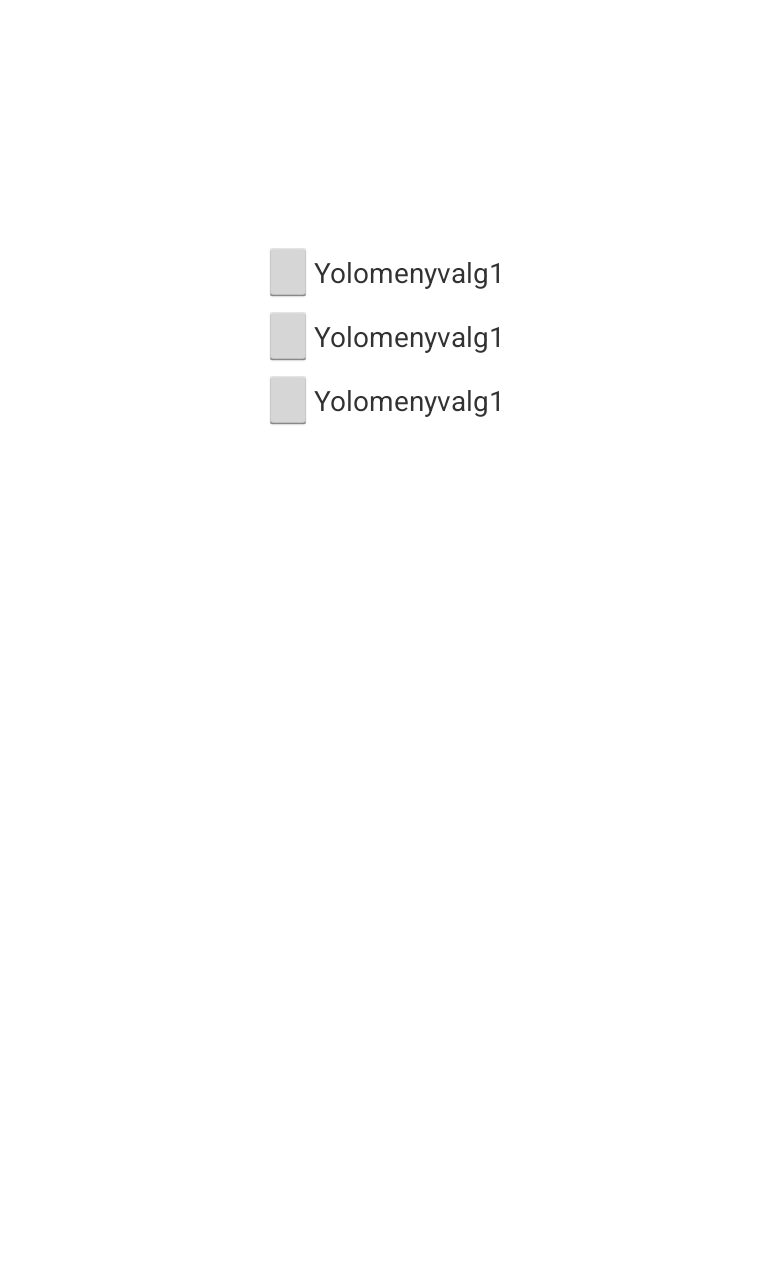
Repository: pumalove/workspace
Layout: MainActivity/res/layout/gridview.xml
An editor plug-in stored every save of this project. The layout is shown before and after the next save, followed by the edit.
It is drawn on a 768 x 1280 px phone screen (xhdpi) without system bars, with theme AppTheme; the app's code is not run. Lists and similar views that code fills are empty.

Above is the layout before, as saved 2014-03-17 10:57:13.

### MainActivity/res/layout/gridview.xml
<?xml version="1.0" encoding="utf-8"?>
<LinearLayout xmlns:android="http://schemas.android.com/apk/res/android"
    android:layout_width="match_parent"
    android:layout_height="wrap_content"
    android:orientation="vertical"
    android:layout_margin="20dp">

    <LinearLayout
        android:layout_marginBottom="20dp"
        android:layout_width="fill_parent"
        android:layout_height="wrap_content">

        <GridView
            android:id="@+id/gridview"
            android:layout_width="fill_parent"
            android:layout_height="100dp"
            android:columnWidth="90dp"
            android:numColumns="auto_fit"
            android:verticalSpacing="10dp"
            android:horizontalSpacing="10dp"
            android:stretchMode="columnWidth"
            android:gravity="center"
            />
	</LinearLayout>


    <LinearLayout
        android:id="@+id/linearlayout2"
        android:layout_width="fill_parent"
        android:layout_height="wrap_content"
        android:layout_gravity="center"
        android:orientation="vertical"
        android:layout_below="@id/gridview">

        <LinearLayout
            android:id="@+id/customButton1"
            android:layout_width="fill_parent"
            android:layout_height="wrap_content"
            android:orientation="horizontal"
            android:gravity="center"
            android:clickable="true">

            <ImageButton
                android:id="@+id/imageButton"
                android:layout_width="wrap_content"
                android:layout_height="wrap_content"
                android:layout_gravity="center"
                />

            <TextView
                android:layout_width="wrap_content"
                android:layout_height="wrap_content"
                android:text="Yolomenyvalg1"/>

            </LinearLayout>


        <LinearLayout
            android:id="@+id/customButton2"
            android:layout_width="fill_parent"
            android:layout_height="wrap_content"
            android:orientation="horizontal"
            android:gravity="center"
            android:clickable="true">

            <ImageButton
                android:layout_width="wrap_content"
                android:layout_height="wrap_content"
                android:id="@+id/imageButton2"
                android:layout_gravity="center"
                />

            <TextView
                android:layout_width="wrap_content"
                android:layout_height="wrap_content"
                android:text="Yolomenyvalg1"/>

        </LinearLayout>

        <LinearLayout
            android:id="@+id/customButton3"
            android:layout_width="fill_parent"
            android:layout_height="wrap_content"
            android:orientation="horizontal"
            android:gravity="center"
            android:clickable="true">

            <ImageButton
                android:layout_width="wrap_content"
                android:layout_height="wrap_content"
                android:id="@+id/imageButton3"
                android:layout_gravity="center"
                />

            <TextView
                android:layout_width="wrap_content"
                android:layout_height="wrap_content"
                android:text="Yolomenyvalg1"/>

        </LinearLayout>
    </LinearLayout>



</LinearLayout>

Loaded but not shown: MainActivity/res/values/styles.xml (common file); MainActivity/res/values-v11/styles.xml (common file); MainActivity/res/values-v14/styles.xml (common file)

After the next save:
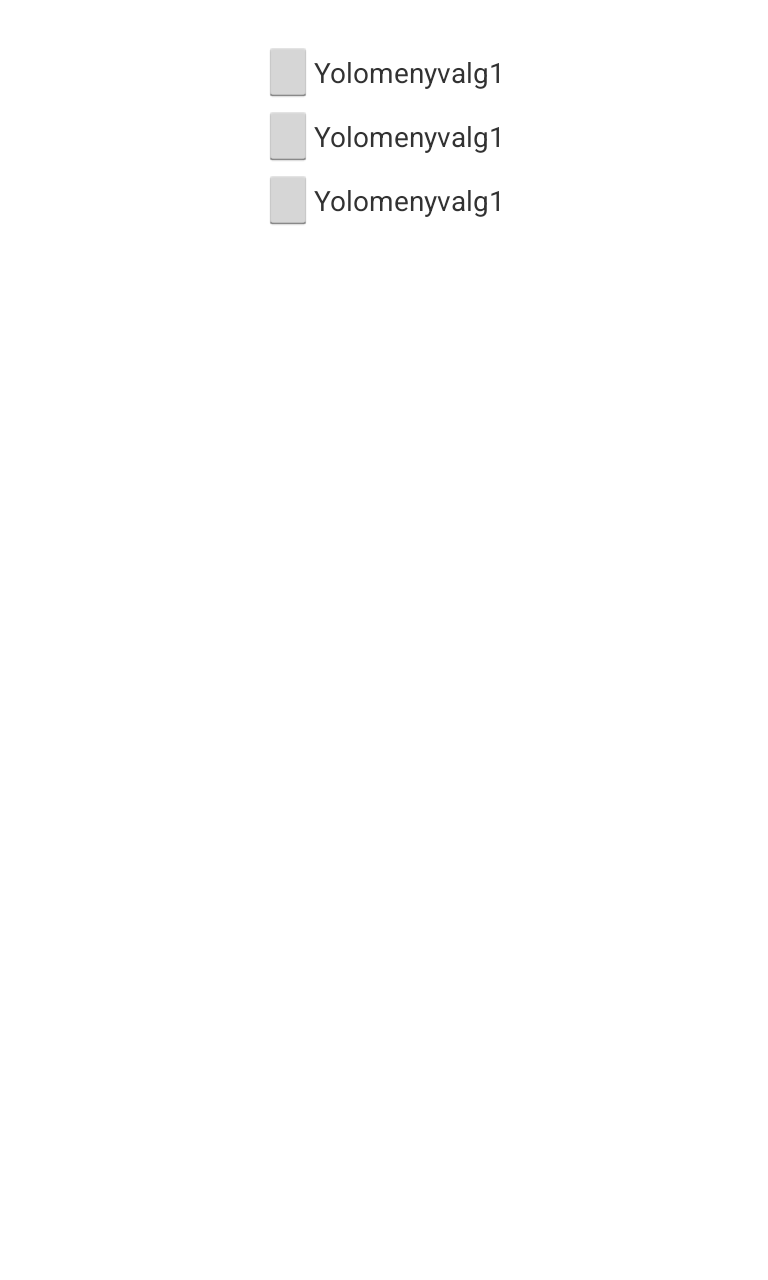
Saved 2 min 41 s later.
--- a/MainActivity/res/layout/gridview.xml
+++ b/MainActivity/res/layout/gridview.xml
@@ -13,7 +13,7 @@
         <GridView
             android:id="@+id/gridview"
             android:layout_width="fill_parent"
-            android:layout_height="100dp"
+            android:layout_height="wrap_content"
             android:columnWidth="90dp"
             android:numColumns="auto_fit"
             android:verticalSpacing="10dp"
